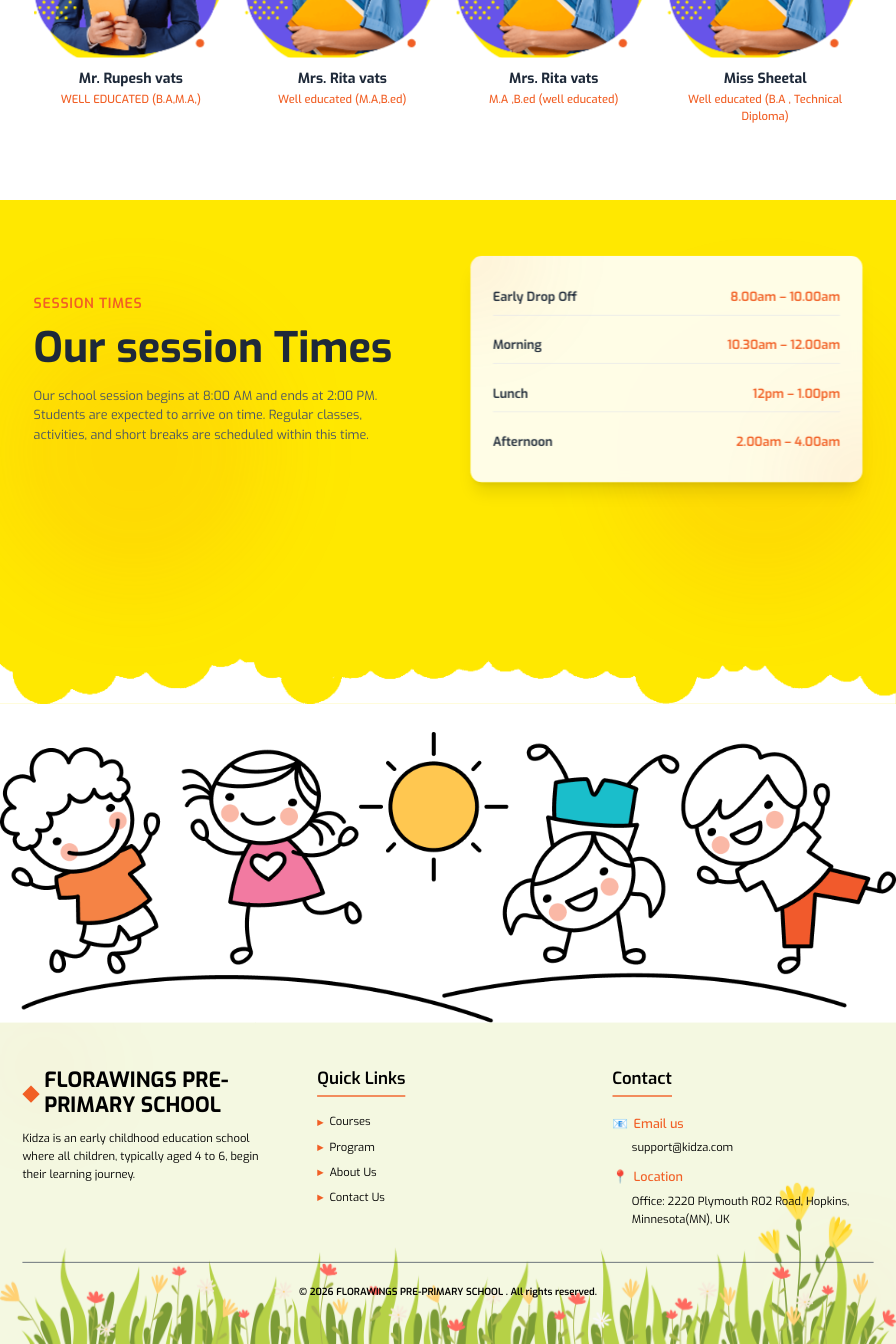
Repository: deepak445566/school
Page: / (app in okwork/)
These files come from the project's save history. The page is drawn as it stood at one moment and after the next save; the edit follows.
The browser window is 1280 px wide. The pictures show the part of the page from y = 2924 to 4844 px (the page is 4844 px tall), at 70% of full size.
Some web fonts or font styles are not loaded; a fallback is used. The project was rebuilt for these pictures with package versions that can differ from the ones it lists, and the page was loaded fresh each time. Some packages were replaced by stand-ins written for this rebuild. Also part of the build but not shown: okwork/vite.config.js.

Above is the page before, as saved 2026-02-18 20:35:10.

### okwork/index.html
<!doctype html>
<html lang="en">
  <head>
    <meta charset="UTF-8" />
    <link rel="icon" type="image/svg+xml" href="/vite.svg" />
    <meta name="viewport" content="width=device-width, initial-scale=1.0" />
    <title>okwork</title>
    <link rel="preconnect" href="https://fonts.googleapis.com">
<link rel="preconnect" href="https://fonts.gstatic.com" crossorigin>
<link href="https://fonts.googleapis.com/css2?family=Abril+Fatface&family=Alan+Sans:wght@300..900&family=Big+Shoulders:opsz,wght@10..72,100..900&family=Exo+2:ital,wght@0,100..900;1,100..900&family=Exo:ital,wght@0,100..900;1,100..900&family=Montserrat:ital,wght@0,100..900;1,100..900&family=Orbitron:wght@400..900&family=Poppins:ital,wght@0,100;0,200;0,300;0,400;0,500;0,600;0,700;0,800;0,900;1,100;1,200;1,300;1,400;1,500;1,600;1,700;1,800;1,900&family=Prata&family=Rajdhani:wght@300;400;500;600;700&display=swap" rel="stylesheet">
  </head>
  <body>
    <div id="root"></div>
    <script type="module" src="/src/main.jsx"></script>
  </body>
</html>

### okwork/src/index.css
@import "tailwindcss";


.exo {
  font-family: "Exo", sans-serif;

  font-style: normal;
}

### okwork/src/App.jsx
import React from 'react'
import Home from './components/Home'

import WhyChooseUs from './components/WhyChooseUs'
import MeetOurTeachers from './components/MeetOurTeachers'
import ScheduleSection from './components/ScheduleSection'
import AboutUs from './components/About'
import Footer from './components/Footer'

function App() {
  return (
    <>
    <Home/>
   <AboutUs/>
    <WhyChooseUs/>
    <MeetOurTeachers/>
    <ScheduleSection/>
    <Footer/>
    </>
  )
}

export default App

### okwork/src/components/Home.jsx
import React from "react";

const Home = () => {
  // Image URL - using a high-quality free image
  const imageUrl =
    "/images/hero1.png";
  const kalagiImageUrl = "/images/text.png";
  return (
    <div className="min-h-screen bg-[#F7FAE2] overflow-hidden exo relative ">
      {/* Main container - centered with responsive padding */}
      <div className="container mx-auto px-6 py-12 md:px-12 lg:px-10 min-h-screen flex items-center relative z-10">

        {/* Flex container: column on mobile, row on desktop */}
        <div className="flex flex-col md:flex-row items-center gap-12 lg:gap-5 w-full">

          {/* LEFT SECTION: 40% width */}
          <div className="w-full md:w-[45%] text-center md:text-left space-y-6 md:space-y-6">
            {/* Heading with gradient effect */}
            <h1 className="text-4xl text-gray-800 md:text-5xl lg:text-6xl font-bold leading-tight exo">
             A Happy Place to
              <br />
              <span className="text-gray-800">to Grow, Play And </span>
              <br />
              <span className="text-gray-800">   Learn</span>
            </h1>

            {/* Paragraph description */}
            <p className="text-lg md:text-lg text-gray-600 max-w-2xl mx-auto md:mx-0">
           Kindergarten is an early childhood educational environment where
most young for your children life.
            </p>

            {/* Button with hover effects */}
            <div className="flex justify-center md:justify-start">
              <button className="group relative px-8 py-4 bg-[#F15F25] text-white font-semibold rounded-xl float hover:shadow-xl hover:transform hover:-translate-y-1 transition-all duration-300 ease-in-out">
                <span className="relative z-10">Get Started Now</span>
              </button>
            </div>
          </div>

          {/* RIGHT SECTION: 60% width */}
          <div className="w-full md:w-[55%] flex justify-center md:justify-end">
            <div className="relative w-full max-w-md lg:max-w-xl ">
              {/* Main image */}
              <img
                src={imageUrl}
                alt="Team collaboration in modern workspace"
                className="relative z-10 w-full h-auto rounded-2xl object-cover "
              />
               <img
                src={kalagiImageUrl}
                alt="Decorative element"
                className="absolute bottom-0 left-7 lg:left-0 z-20 w-24 h-24 md:w-52 md:h-52 object-contain -translate-x-4 -translate-y-4 animate-bounce-slow"
              />
            </div>
          </div>
        </div>

      </div>
        <div className=" absolute bottom-0  z-1000">
          <img src="/images/hero-line.png" className="w-full"/>
        </div>

      {/* Add custom animation keyframes */}
       <style jsx>{`
        @keyframes blob {
          0% { transform: translate(0px, 0px) scale(1); }
          33% { transform: translate(30px, -50px) scale(1.1); }
          66% { transform: translate(-20px, 20px) scale(0.9); }
          100% { transform: translate(0px, 0px) scale(1); }
        }

        @keyframes float {
          0% {
            transform: translateY(0px);
          }
          50% {
            transform: translateY(-20px);
          }
          100% {
            transform: translateY(0px);
          }
        }

        @keyframes bounce-slow {
          0%, 100% {
            transform: translate(-1rem, -1rem) translateY(0);
          }
          50% {
            transform: translate(-1rem, -1rem) translateY(-20px);
          }
        }

        .animate-blob {
          animation: blob 7s infinite;
        }

        .animate-float {
          animation: float 6s ease-in-out infinite;
        }

        .animate-bounce-slow {
          animation: bounce-slow 4s ease-in-out infinite;
        }

        .animation-delay-2000 {
          animation-delay: 2s;
        }
      `}</style>
    </div>
  );
};

export default Home;

### okwork/src/components/MeetOurTeachers.jsx
import React from "react";

const MeetOurTeachers = () => {
  const teachers = [
    {
      name: "Mr. Rupesh vats",
      image: "/images/team2.png",
      subject: "WELL EDUCATED (B.A,M.A,)"
    },
    {
      name: "Mrs. Rita vats",
      image: "/images/team1.png",
      subject: "Well educated (M.A,B.ed)"
    },
    {
      name: "Mrs. Rita vats ",
      image: "/images/team1.png",
      subject: " M.A ,B.ed (well educated)"
    },
    {
      name: "Miss Sheetal",
      image: "/images/team1.png",
      subject: "Well educated (B.A , Technical Diploma)"
    }
  ];

  return (
    <>
    <div className="min-h-screen bg-white overflow-hidden exo py-8 sm:py-12 md:py-16 lg:py-20">
      <div className="container mx-auto px-3 sm:px-4 md:px-6 lg:px-8 xl:px-12">

        {/* Header Section */}
        <div className="text-center mb-6 sm:mb-8 md:mb-10 lg:mb-12">
          <h2 className="text-[#F15F25] text-md md:text-lg lg:text-xl font-semibold uppercase tracking-wider mb-1 sm:mb-2">
            Our Team
          </h2>
          <h1 className="text-2xl sm:text-3xl md:text-4xl lg:text-5xl xl:text-6xl font-bold text-gray-800 leading-tight px-2">
            Meet With Our Teacher
          </h1>
        </div>

        {/* Teachers Grid - Responsive grid */}
        <div className="grid grid-cols-2 sm:grid-cols-2 lg:grid-cols-4 gap-3 sm:gap-4 md:gap-5 lg:gap-6">
          {teachers.map((teacher, index) => (
            <div key={index} className="flex flex-col">
              {/* Teacher Image Container */}
              <div className="group relative bg-white rounded-xl sm:rounded-2xl overflow-hidden  transition-all duration-300 hover:-translate-y-2">
                <div className="relative overflow-hidden aspect-square">
                  <img
                    src={teacher.image}
                    alt={teacher.name}
                    className="w-full h-full object-cover  duration-500"
                  />
                  {/* Light overlay on hover */}

                </div>
              </div>

              {/* Teacher Info - Outside the card */}
              <div className="text-center mt-2 sm:mt-3 md:mt-4 px-1">
                <h3 className="text-sm sm:text-base md:text-lg lg:text-xl font-bold text-gray-800 mb-0.5 sm:mb-1">
                  {teacher.name}
                </h3>
                <p className="text-[#F15F25] text-xs sm:text-sm md:text-base font-medium">
                  {teacher.subject}
                </p>
              </div>
            </div>
          ))}
        </div>
      </div>
    </div>
    </>
  );
};

export default MeetOurTeachers;

### okwork/src/components/ScheduleSection.jsx
import React from "react";

const ScheduleSection = () => {
  return (
    <>
    <div className="min-h-screen bg-[#FFE800] overflow-hidden exo py-12 md:py-16 lg:py-20 relative ">

      {/* Background Light Effects */}
      <div className="absolute left-0 top-1/2 -translate-y-1/2 w-64 md:w-96 h-64 md:h-96 bg-[#F15F25]/10 rounded-full blur-3xl"></div>
      <div className="absolute right-0 top-1/2 -translate-y-1/2 w-64 md:w-96 h-64 md:h-96 bg-[#F15F25]/10 rounded-full blur-3xl"></div>

      <div className="container mx-auto px-4 sm:px-6 md:px-8 lg:px-10 xl:px-12 relative z-10">

        {/* Main Flex Container - Left Text, Right Schedule */}
        <div className="flex flex-col lg:flex-row items-center gap-10 lg:gap-16">

          {/* LEFT SIDE - Text Content */}
          <div className="w-full lg:w-1/2 text-center lg:text-left">
            <h2 className="text-[#F15F25] text-lg md:text-xl font-semibold uppercase tracking-wider mb-3">
              Session Times
            </h2>
            <h1 className="text-3xl sm:text-4xl md:text-5xl lg:text-6xl font-bold text-gray-800 mb-4 leading-tight">
              Our session Times
            </h1>
            <p className="text-gray-600 text-base md:text-lg max-w-lg mx-auto lg:mx-0">
             Our school session begins at 8:00 AM and ends at 2:00 PM. Students are expected to arrive on time. Regular classes, activities, and short breaks are scheduled within this time.
            </p>
          </div>

          {/* RIGHT SIDE - Schedule Cards */}
          <div className="w-full lg:w-1/2">
            <div className="bg-white/90 backdrop-blur-sm rounded-2xl p-5 md:p-6 lg:p-8 shadow-xl relative overflow-hidden">

              {/* Inner Light Effect */}
              <div className="absolute -left-20 -top-20 w-40 h-40 bg-[#F15F25]/10 rounded-full blur-3xl"></div>
              <div className="absolute -right-20 -bottom-20 w-40 h-40 bg-[#F15F25]/10 rounded-full blur-3xl"></div>

              {/* Schedule Items */}
              <div className="space-y-4 relative z-10">

                {/* Early Drop Off */}
                <div className="flex justify-between items-center py-3 border-b border-gray-200">
                  <span className="text-gray-800 font-semibold text-base md:text-lg">Early Drop Off</span>
                  <span className="text-[#F15F25] font-semibold text-base md:text-lg">8.00am – 10.00am</span>
                </div>

                {/* Morning */}
                <div className="flex justify-between items-center py-3 border-b border-gray-200">
                  <span className="text-gray-800 font-semibold text-base md:text-lg">Morning</span>
                  <span className="text-[#F15F25] font-semibold text-base md:text-lg">10.30am – 12.00am</span>
                </div>

                {/* Lunch */}
                <div className="flex justify-between items-center py-3 border-b border-gray-200">
                  <span className="text-gray-800 font-semibold text-base md:text-lg">Lunch</span>
                  <span className="text-[#F15F25] font-semibold text-base md:text-lg">12pm – 1.00pm</span>
                </div>

                {/* Afternoon */}
                <div className="flex justify-between items-center py-3">
                  <span className="text-gray-800 font-semibold text-base md:text-lg">Afternoon</span>
                  <span className="text-[#F15F25] font-semibold text-base md:text-lg">2.00am – 4.00am</span>
                </div>
              </div>
            </div>
          </div>
        </div>
      </div>
      <div className=" absolute bottom-0  z-1000">
          <img src="/images/hero-line.png" className="w-full"/>
        </div>

    </div>

     <div className=" mt-10">
        <img src="/images/newsletter1.png" alt="Newsletter" className="w-full h-full object-cover" />
      </div>
      </>
  );
};

export default ScheduleSection;

### okwork/src/components/About.jsx
import React from 'react';

// Import images
import aboutImage from '/public/images/about-1.png';
import aboutBG from '/public/images/about-bg-1.png';
import aboutCounter from '/public/images/ab-counter.png';
import bulbIcon from '/public/images/tubelight.png';
import starIcon from '/public/images/star.png';
import frame from '/public/images/frame.png';

const AboutUs = () => {
  return (
    <div className="max-w-7xl py-5 md:py-16 relative">

      {/* Floating decorative icons */}
      <div className="absolute top-40 left-100 animate-pulse">
        <img src={bulbIcon} alt="bulb" className="w-24 h-24 opacity-50" />
      </div>
      <div className="absolute bottom-20 right-12 animate-pulse">
        <img src={frame} alt="star" className="w-14 h-20 opacity-50" />
      </div>
      <div className="absolute top-40 right-20 animate-spin-slow">
        <img src={starIcon} alt="star" className="w-12 h-12 opacity-40" />
      </div>
      <div className="absolute bottom-40 left-20 animate-float">
        <img src={bulbIcon} alt="bulb" className="w-14 h-14 opacity-40" />
      </div>

      <div className="flex flex-col lg:flex-row gap-8 lg:gap-12 items-center relative z-10 m-12">

        {/* Left side image */}
        <div className="lg:w-1/2 w-full relative">
          <img
            src={aboutBG}
            alt="Background"
            className="absolute inset-0 w-full h-full object-fill -z-10 pt-40"
          />

          <img
            src={aboutImage}
            alt="Florawings School"
            className="w-full h-auto rounded-lg object-cover relative z-10"
          />

          {/* Experience badge */}
          <div className="absolute -bottom-6 -right-6 md:bottom-4 md:right-4 z-20 animate-float-side">
            <div className="relative">
              <img
                src={aboutCounter}
                alt="Experience"
                className="w-28 h-28 md:w-52 md:h-52 object-contain"
              />
              <div className="absolute inset-0 flex flex-col items-center justify-center text-white">
                <span className="text-4xl md:text-5xl font-bold leading-none">10+</span>
                <span className="text-sm md:text-base font-medium mt-1">Years Experience</span>
              </div>
            </div>
          </div>
        </div>

        {/* Right content - No padding on right side */}
        <div className="lg:w-1/2 w-full space-y-6 exo ">
          {/* ^^^ Added pr-0 to remove right padding */}

          <span className="text-sm font-semibold text-white tracking-wider bg-[#6754E9] px-4 py-1.5 rounded-full inline-block">
            About Florawings
          </span>

          <h1 className="text-4xl md:text-5xl font-bold text-gray-900 leading-tight mt-5">
            Nurturing Young Minds with Care, Learning & Discipline
          </h1>

          <p className="text-gray-600 text-base md:text-lg leading-relaxed">
            Florawings Pre-Primary School focuses on early childhood development through Montessori,
            play-way learning, hands-on activities and child-centered education. We aim to build strong
            academic foundations, confidence, creativity, and discipline from kindergarten to primary level.
          </p>

          {/* School strengths */}
          <div className="grid grid-cols-1 sm:grid-cols-2 gap-y-6 gap-x-10 pt-4">
            {[
              "Montessori & Play-Way Learning",
              "Child Safety & Discipline",
              "Hands-on Activity Based Education",
              "Creative & Caring Environment"
            ].map((item,i)=>(
              <div key={i} className="flex items-center gap-3">
                <div className="w-7 h-7 rounded-full bg-[#6C63FF] flex items-center justify-center flex-shrink-0">
                  <svg className="w-4 h-4 text-white" fill="none" stroke="currentColor" viewBox="0 0 24 24">
                    <path strokeLinecap="round" strokeLinejoin="round" strokeWidth={3} d="M5 13l4 4L19 7" />
                  </svg>
                </div>
                <span className="text-gray-700 text-lg font-medium">{item}</span>
              </div>
            ))}
          </div>

          <a
            href="#"
            className="inline-flex items-center gap-2 text-lg font-semibold text-white bg-[#F15F25] px-6 py-3 rounded-xl shadow-lg hover:shadow-xl transition-all duration-300"
          >
            Online Admission →
          </a>
        </div>
      </div>

      {/* animations */}
      <style jsx>{`
        @keyframes spin-slow {
          from { transform: rotate(0deg); }
          to { transform: rotate(360deg); }
        }
        .animate-spin-slow { animation: spin-slow 8s linear infinite; }

        @keyframes float {
          0%,100%{transform:translateY(0)}50%{transform:translateY(-20px)}
        }
        .animate-float { animation: float 5s ease-in-out infinite; }

        @keyframes float-side {
          0%{transform:translateX(-10px)}50%{transform:translateX(10px)}100%{transform:translateX(-10px)}
        }
        .animate-float-side { animation: float-side 4s ease-in-out infinite; }
      `}</style>
    </div>
  );
};

export default AboutUs;

### okwork/src/components/Footer.jsx
import React from 'react';

const Footer = () => {
  return (
    <footer className="bg-[#F4F8E1] exo text-white py-12 md:py-16 overflow-hidden relative">
      {/* Decorative Elements */}
      <div className="absolute top-0 left-0 w-32 h-32 bg-[#F15F25]/5 rounded-full blur-3xl"></div>
      <div className="absolute bottom-0 right-0 w-32 h-32 bg-[#F15F25]/5 rounded-full blur-3xl"></div>

      <div className="container mx-auto px-4 sm:px-6 lg:px-8 relative z-10">

        {/* Main Footer Grid */}
        <div className="grid grid-cols-1 md:grid-cols-2 lg:grid-cols-3 gap-8 lg:gap-12">

          {/* Column 1 - Kidza Info */}
          <div className="space-y-4">
            <h2 className="text-2xl md:text-3xl font-bold text-black flex items-center gap-2">
              <span className="text-[#F15F25]">◆</span> FLORAWINGS PRE-PRIMARY SCHOOL
            </h2>
            <p className="text-black text-sm md:text-base leading-relaxed">
              Kidza is an early childhood education school where all children,
              typically aged 4 to 6, begin their learning journey.
            </p>

          </div>

          {/* Column 2 - Quick Links */}
          <div className="space-y-4">
            <h3 className="text-xl md:text-2xl font-semibold text-black border-b-2 border-[#F15F25] pb-2 inline-block">
              Quick Links
            </h3>
            <div className="flex flex-col space-y-3 pt-2 text-black">
              <a href="#" className=" hover:text-[#F15F25] transition-colors text-sm md:text-base flex items-center gap-2">
                <span className="text-[#F15F25] text-xs">▶</span> Courses
              </a>
              <a href="#" className=" hover:text-[#F15F25] transition-colors text-sm md:text-base flex items-center gap-2">
                <span className="text-[#F15F25] text-xs">▶</span> Program
              </a>
              <a href="#" className=" hover:text-[#F15F25] transition-colors text-sm md:text-base flex items-center gap-2">
                <span className="text-[#F15F25] text-xs">▶</span> About Us
              </a>
              <a href="#" className=" hover:text-[#F15F25] transition-colors text-sm md:text-base flex items-center gap-2">
                <span className="text-[#F15F25] text-xs">▶</span> Contact Us
              </a>
            </div>
          </div>



          {/* Column 4 - Contact Info */}
          <div className="space-y-4">
            <h3 className="text-xl md:text-2xl font-semibold text-black border-b-2 border-[#F15F25] pb-2 inline-block">
              Contact
            </h3>

            {/* Email */}
            <div className="space-y-2 pt-2">
              <h4 className="text-[#F15F25] font-medium text-base md:text-lg flex items-center gap-2">
                <span>📧</span> Email us
              </h4>
              <a href="mailto:support@kidza.com" className="text-black hover:text-[#F15F25] transition-colors text-sm md:text-base break-all pl-7">
                support@kidza.com
              </a>
            </div>

            {/* Location */}
            <div className="space-y-2">
              <h4 className="text-[#F15F25] font-medium text-base md:text-lg flex items-center gap-2">
                <span>📍</span> Location
              </h4>
              <p className="text-black text-sm md:text-base leading-relaxed pl-7">
                Office: 2220 Plymouth R02 Road, Hopkins, Minnesota(MN), UK
              </p>
            </div>
          </div>
        </div>



        {/* Bottom Bar */}
        <div className="border-t border-gray-700 mt-8 md:mt-12 pt-6 md:pt-8 text-center text-black text-xs md:text-sm font-semibold">
          <p>&copy; {new Date().getFullYear()} FLORAWINGS PRE-PRIMARY SCHOOL . All rights reserved.</p>
        </div>
      </div>
      <div className='absolute bottom-0 left-0 w-full'>
        <img src='/images/bg-bottom.png' className='w-full '/>
      </div>
    </footer>
  );
};

export default Footer;

Loaded but not shown: okwork/src/main.jsx (common file); okwork/src/components/WhyChooseUs.jsx (124 lines, source omitted)

After the next save:
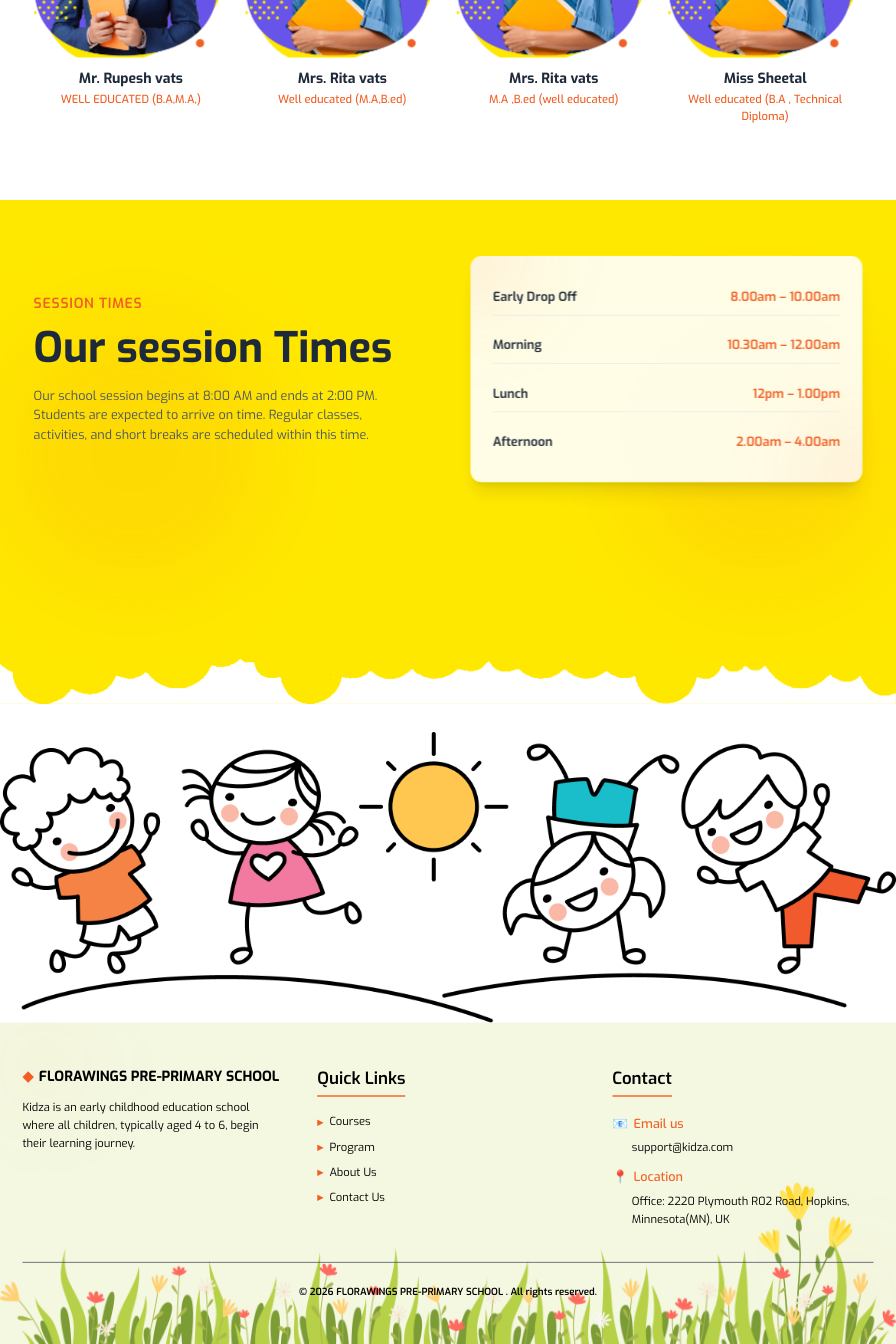
Saved 11 s later.
--- a/okwork/src/components/Footer.jsx
+++ b/okwork/src/components/Footer.jsx
@@ -14,7 +14,7 @@ const Footer = () => {
 
           {/* Column 1 - Kidza Info */}
           <div className="space-y-4">
-            <h2 className="text-2xl md:text-3xl font-bold text-black flex items-center gap-2">
+            <h2 className="text-2xl md:text-xl font-bold text-black flex items-center gap-2">
               <span className="text-[#F15F25]">◆</span> FLORAWINGS PRE-PRIMARY SCHOOL
             </h2>
             <p className="text-black text-sm md:text-base leading-relaxed">
